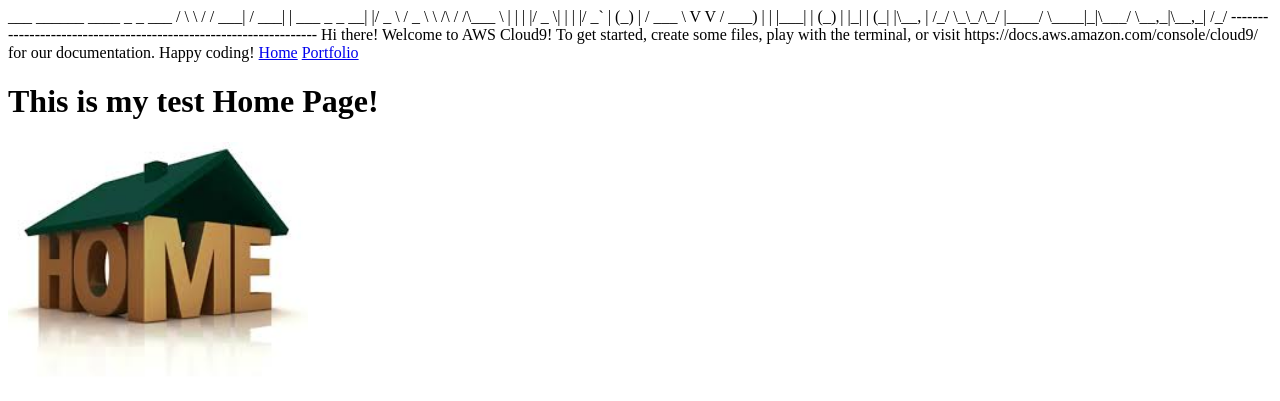
Repository: djensen2080/djensen2080.github.io
Page: my_website/index.html
The author's editor kept a record of every edit. The page is drawn from the files as they stood at one moment, then again after the next edit.
The browser window is 1280 px wide. The pictures show the whole page.

Above is the page before.

### my_website/index.html
         ___        ______     ____ _                 _  ___
        / \ \      / / ___|   / ___| | ___  _   _  __| |/ _ \
       / _ \ \ /\ / /\___ \  | |   | |/ _ \| | | |/ _` | (_) |
      / ___ \ V  V /  ___) | | |___| | (_) | |_| | (_| |\__, |
     /_/   \_\_/\_/  |____/   \____|_|\___/ \__,_|\__,_|  /_/
 -----------------------------------------------------------------


Hi there! Welcome to AWS Cloud9!

To get started, create some files, play with the terminal,
or visit https://docs.aws.amazon.com/console/cloud9/ for our documentation.

Happy coding!
<!doctype html>
<html lang="en">
  <head>
    <meta charset="utf-8">
    <title>Home</title>
  </head>
  <body>
    <a href="index.html">Home</a>
    <a href="portfolio.html">Portfolio</a>
    <h1>This is my test Home Page!</h1>
    <img src="images/home.jpg" height="250">
  </body>
</html>

After the next edit:
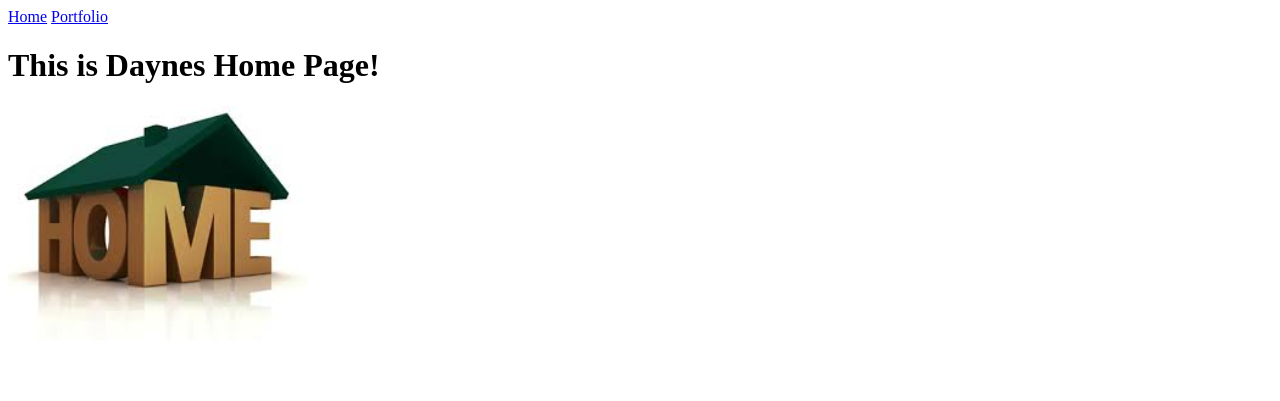
The edit:
--- a/my_website/index.html
+++ b/my_website/index.html
@@ -1,17 +1,5 @@
-         ___        ______     ____ _                 _  ___
-        / \ \      / / ___|   / ___| | ___  _   _  __| |/ _ \
-       / _ \ \ /\ / /\___ \  | |   | |/ _ \| | | |/ _` | (_) |
-      / ___ \ V  V /  ___) | | |___| | (_) | |_| | (_| |\__, |
-     /_/   \_\_/\_/  |____/   \____|_|\___/ \__,_|\__,_|  /_/
- -----------------------------------------------------------------
 
 
-Hi there! Welcome to AWS Cloud9!
-
-To get started, create some files, play with the terminal,
-or visit https://docs.aws.amazon.com/console/cloud9/ for our documentation.
-
-Happy coding!
 <!doctype html>
 <html lang="en">
   <head>
@@ -21,7 +9,7 @@
   <body>
     <a href="index.html">Home</a>
     <a href="portfolio.html">Portfolio</a>
-    <h1>This is my test Home Page!</h1>
+    <h1>This is Daynes Home Page!</h1>
     <img src="images/home.jpg" height="250">
   </body>
 </html>
